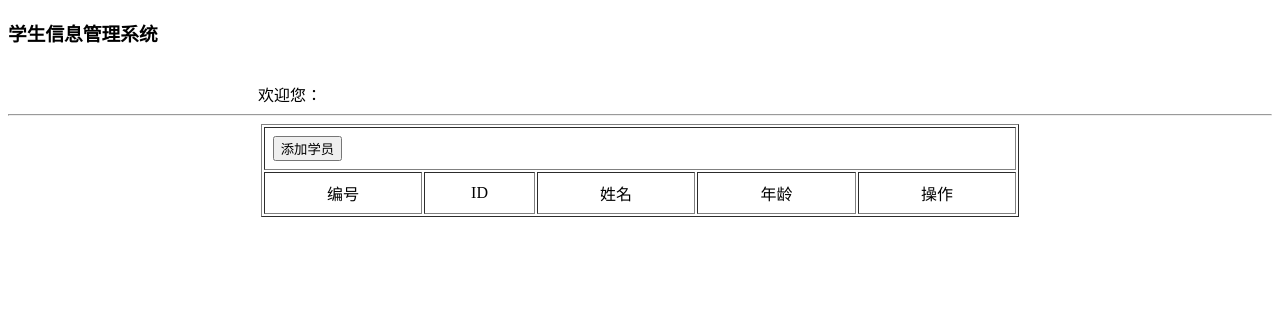
Repository: DataBoxWx/mvc_servlet_3
Page: http://localhost/mvc_2/jsp/studentlist.jsp
An editor plug-in stored every save of this project. The page is shown before and after the next save, followed by the edit.
The browser window is 1280 px wide. The pictures show the whole page.
The page is served by Tomcat 9.

Above is the page before, as saved 2018-05-09 06:54:19.

After the next save:
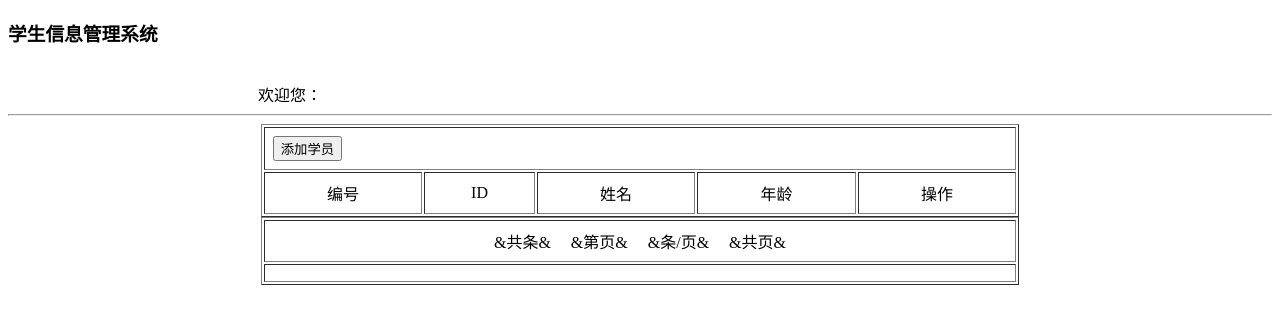
Saved 7 min 15 s later.
--- a/mvc_2/WebContent/jsp/studentlist.jsp
+++ b/mvc_2/WebContent/jsp/studentlist.jsp
@@ -35,5 +35,20 @@
 
 		</tbody>
 	</table>
+	<table border="1" align="center" width="60%" cellpadding="8">
+		<tr>
+			<td>
+				&共<span></span>条&&nbsp;&nbsp;&nbsp;&nbsp;
+				&第<span></span>页&&nbsp;&nbsp;&nbsp;&nbsp;
+				  &<span></span>条/页&&nbsp;&nbsp;&nbsp;&nbsp;
+				&共<span></span>页&
+
+			</td>
+		</tr>
+		<tr>
+			<td>
+			</td>
+		</tr>
+	</table>
 </body>
 </html>
